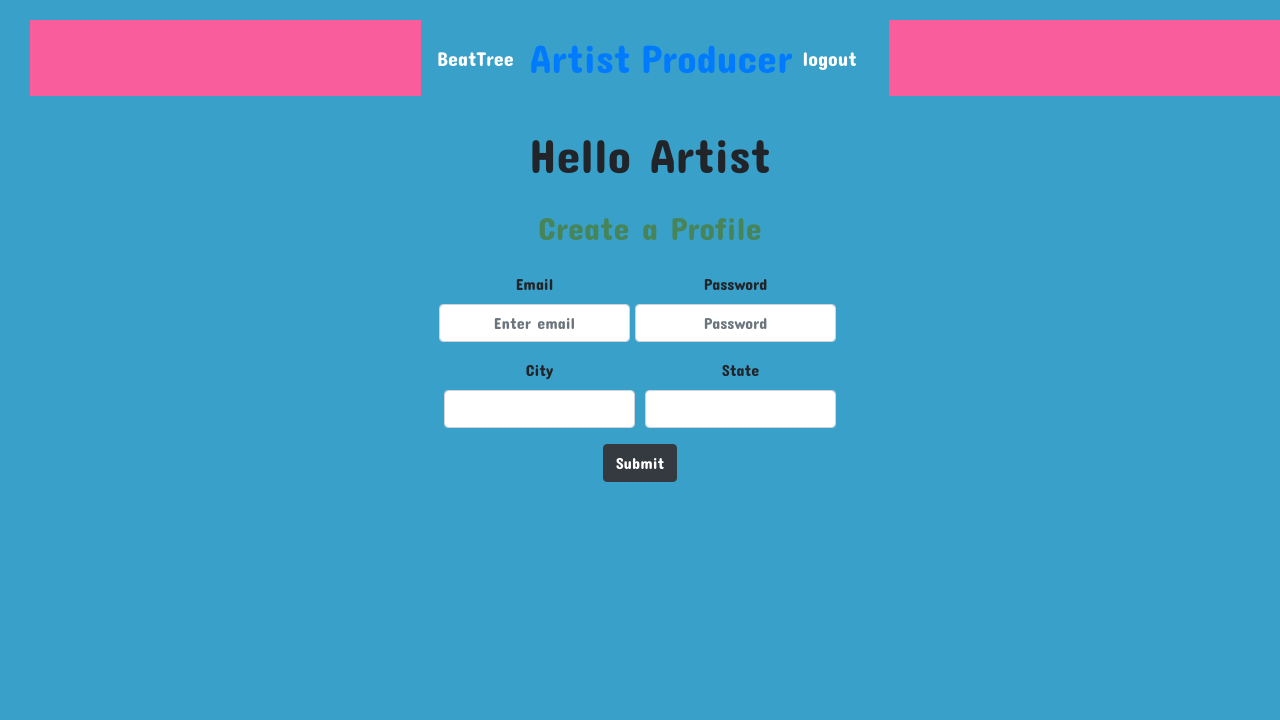
Repository: kellysciandra/beattree
Page: /artist/ArtistSignup
The author's editor kept a copy of each file at every save. The page is drawn from the files as they stood at one save, then again after the next save.
The browser window is 1280 px wide. The pictures show the whole page.
The project was rebuilt for these pictures with package versions that can differ from the ones it lists, and the page was loaded fresh each time. Also part of the build but not shown: src/components/layout/Home.js, src/components/producer/Producer.js, src/components/artist/ArtistUpload.js, src/components/signup/ProducerSignup.js, src/components/audio/Beats.js.

Above is the page before, as saved 2019-12-23 15:13:51.

After the next save:
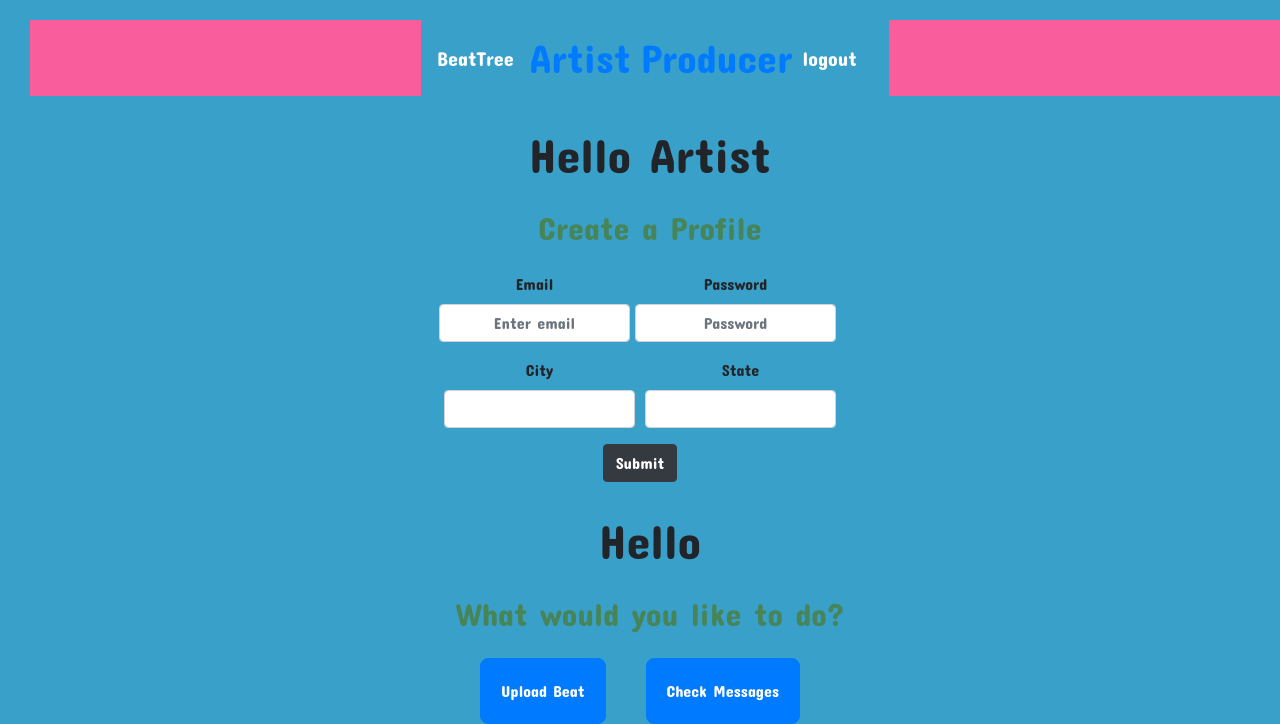
Saved 8 min 25 s later.
--- a/src/components/artist/ArtistSignup.js
+++ b/src/components/artist/ArtistSignup.js
@@ -94,7 +94,7 @@ export default class ArtistSignup extends Component {
 
        <Button variant="dark" type="submit">Submit</Button>
      </Form>
-      <span hidden ><Artist name={console.log(this.state.email)} /></span>
+      <span><Artist name={console.log(this.state.email)} /></span>
 
    </div>
 
